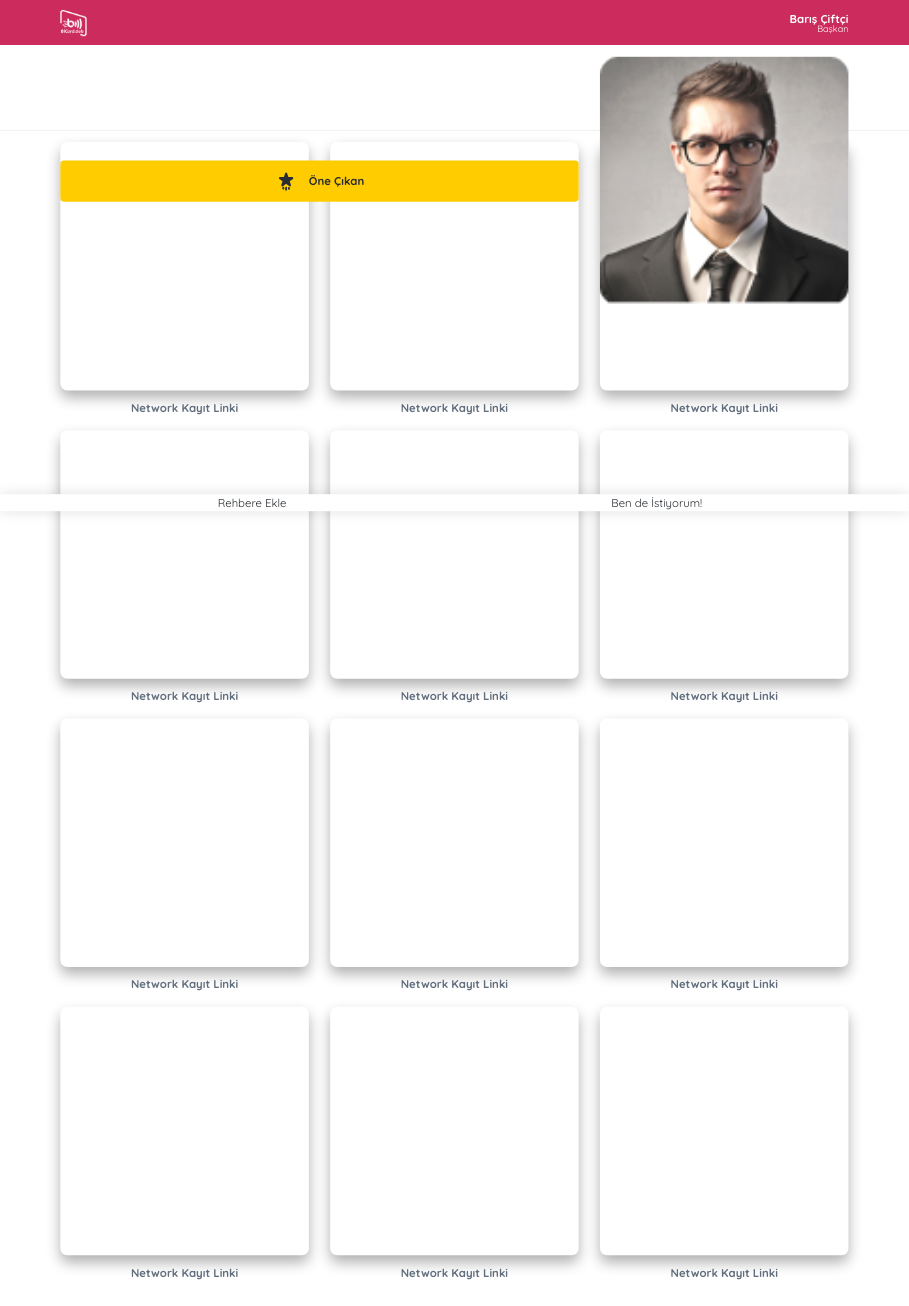
Repository: KayahanKahriman/bicard
Page: index.html
An editor plug-in stored every save of this project. The page is shown before and after the next save, followed by the edit.
The browser window is 1280 px wide. The pictures show the whole page, at 71% of full size.
The style sheet was rebuilt from its Sass, Less or Tailwind sources for each picture, by a compiler version that may differ from the author's.

Above is the page before, as saved 2021-12-01 13:16:24.

After the next save:
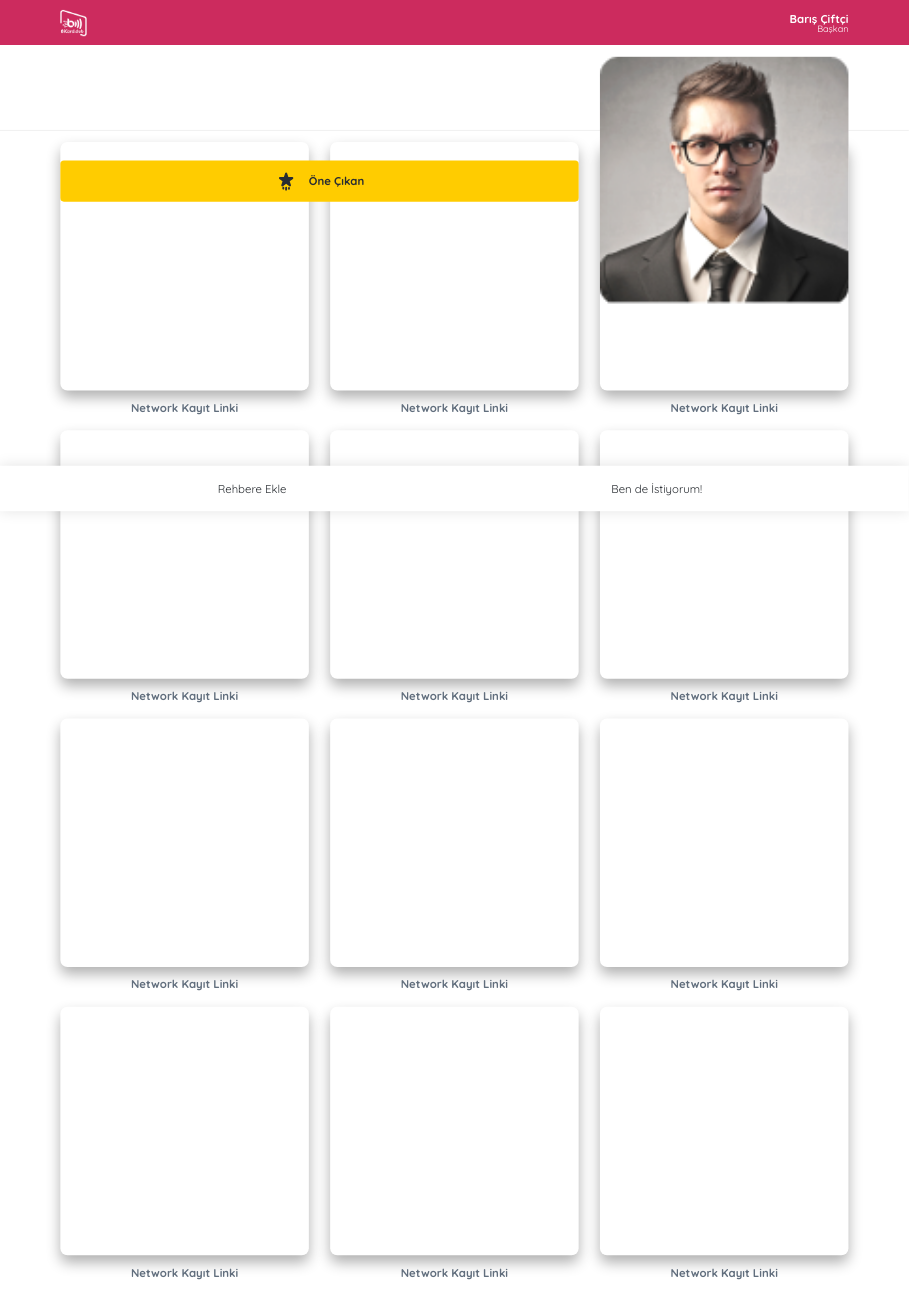
Saved 46 s later.
--- a/assets/scss/_vars.scss
+++ b/assets/scss/_vars.scss
@@ -16,5 +16,5 @@
   // Sizes
   --app-bar-height: 4em;
   --profile-height: 7.5em;
-  --fixed-button-height: 4em;
+  --fixed-buttons-height: 4em;
 }
